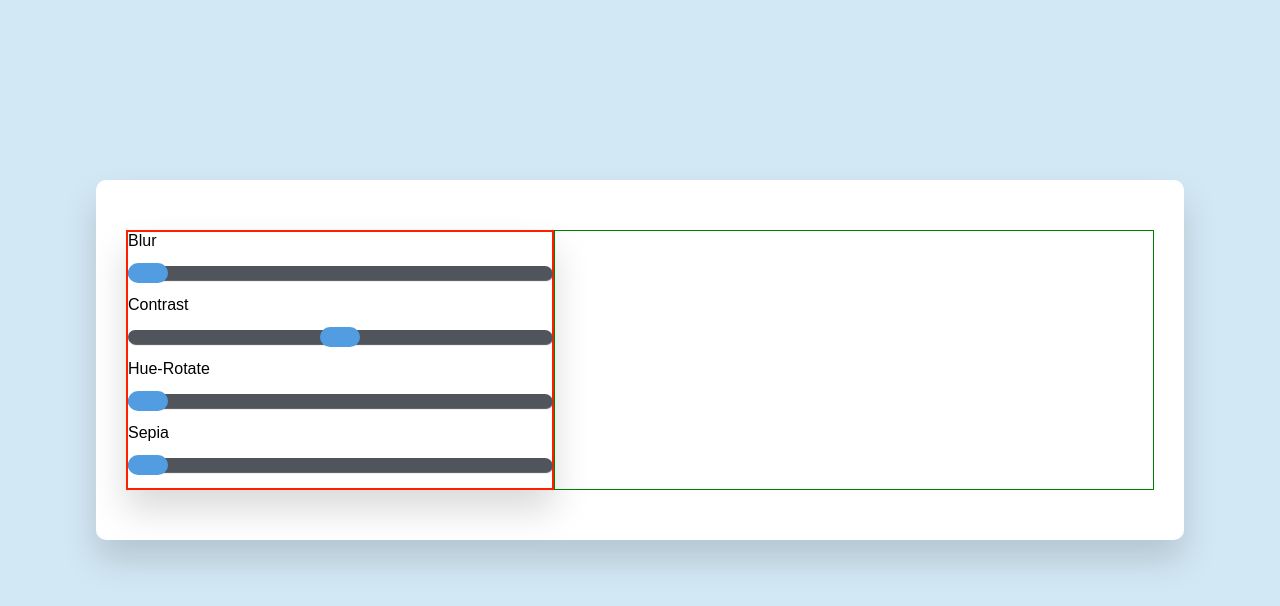
Repository: Larrowo/Challenges
Page: Photo filter/index.html
These files come from the project's save history. The page is drawn as it stood at one moment and after a run of saves; the edit follows.
The browser window is 1280 px wide. The pictures show the whole page.

Above is the page before, as saved 2022-04-01 12:30:35.

### Photo filter/index.html
<!DOCTYPE html>
<html lang="en">
<head>
    <meta charset="UTF-8">
    <meta http-equiv="X-UA-Compatible" content="IE=edge">
    <meta name="viewport" content="width=device-width, initial-scale=1.0">
    <link rel="stylesheet" href="style.css">
    <script src="script.js" defer></script>
    <title>Document</title>
</head>
<body>
    <div class="wrapper">
        <div class="editor">
            <div class="filter">
                <label for="blur">Blur</label>
                <input type="range" min="0" max="5" value="0" step="0.1" id="blur">
            </div>
            <div class="filter">
                <label for="contrast">Contrast</label>
                <input type="range" min="0" max="200" value="100"  id="Contrast">
            </div>
            <div class="filter">
                <label for="Hue-rotate">Hue-Rotate</label>
                <input type="range" min="0" max="360" value="0"  id="Hue-rotate">
            </div>
            <div class="filter">
                <label for="Sepia">Sepia</label>
                <input type="range" min="0" max="100" value="0"  id="Sepia">
            </div>

        </div>
        <div class="results">

        </div>
    </div>
</body>
</html>

### Photo filter/style.css
*{
    padding: 0;
    margin: 0;
    box-sizing: border-box;
    font-family: "Rubik",sans-serif;
}

body{
    background-color: #d3e8f5;
}

 .wrapper{
     width: 85vw;
     padding: 50px 30px;
     background-color: #ffffff;
     position: absolute;
     transform: translate(-50%,-50%);
     top: 50%;
     left: 50%;
     border-radius: 10px;
     box-shadow: 0 20px 35px rgba(0,0,0,0.15);
     display: grid;
     grid-template-columns: 5fr 7fr;
 }

 .editor{
     border: 2px solid rgb(255, 30, 0);
     box-shadow: 0 20px 35px rgba(0,0,0,0.15);
     min-height: 35vmin;
     display: flex;
     flex-direction: column;
 }

 .results{
     border: 1px solid green;
 }

 /*Todo lo que está debajo fue descaradamente robado*/

 input[type=range] {
    height: 26px;
    -webkit-appearance: none;
    margin: 10px 0;
    width: 100%;
  }
  input[type=range]:focus {
    outline: none;
  }
  input[type=range]::-webkit-slider-runnable-track {
    width: 100%;
    height: 14px;
    cursor: pointer;
    animate: 0.2s;
    box-shadow: 1px 1px 1px #50555C;
    background: #50555C;
    border-radius: 14px;
    border: 0px solid #000000;
  }
  input[type=range]::-webkit-slider-thumb {
    box-shadow: 0px 0px 0px #000000;
    border: 0px solid #000000;
    height: 20px;
    width: 40px;
    border-radius: 12px;
    background: #529DE1;
    cursor: pointer;
    -webkit-appearance: none;
    margin-top: -3px;
  }
  input[type=range]:focus::-webkit-slider-runnable-track {
    background: #50555C;
  }
  input[type=range]::-moz-range-track {
    width: 100%;
    height: 14px;
    cursor: pointer;
    animate: 0.2s;
    box-shadow: 1px 1px 1px #50555C;
    background: #50555C;
    border-radius: 14px;
    border: 0px solid #000000;
  }
  input[type=range]::-moz-range-thumb {
    box-shadow: 0px 0px 0px #000000;
    border: 0px solid #000000;
    height: 20px;
    width: 40px;
    border-radius: 12px;
    background: #529DE1;
    cursor: pointer;
  }
  input[type=range]::-ms-track {
    width: 100%;
    height: 14px;
    cursor: pointer;
    animate: 0.2s;
    background: transparent;
    border-color: transparent;
    color: transparent;
  }
  input[type=range]::-ms-fill-lower {
    background: #50555C;
    border: 0px solid #000000;
    border-radius: 28px;
    box-shadow: 1px 1px 1px #50555C;
  }
  input[type=range]::-ms-fill-upper {
    background: #50555C;
    border: 0px solid #000000;
    border-radius: 28px;
    box-shadow: 1px 1px 1px #50555C;
  }
  input[type=range]::-ms-thumb {
    margin-top: 1px;
    box-shadow: 0px 0px 0px #000000;
    border: 0px solid #000000;
    height: 20px;
    width: 40px;
    border-radius: 12px;
    background: #529DE1;
    cursor: pointer;
  }
  input[type=range]:focus::-ms-fill-lower {
    background: #50555C;
  }
  input[type=range]:focus::-ms-fill-upper {
    background: #50555C;
  }

Loaded but not shown: Photo filter/script.js (no copy from this time; the picture is the same without it)

After the next 2 saves:
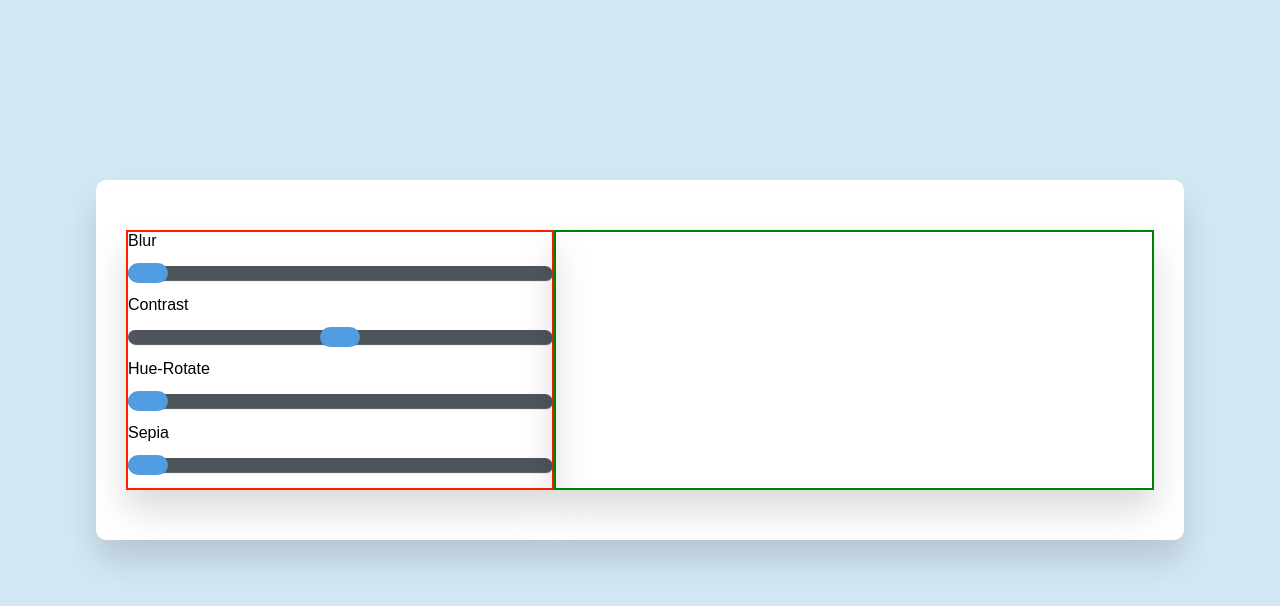
The 2 saves are shown as one change because they came seconds apart.
The last was saved 11 s later.
--- a/Photo filter/style.css
+++ b/Photo filter/style.css
@@ -32,7 +32,8 @@ body{
  }
 
  .results{
-     border: 1px solid green;
+     border: 2px solid green;
+     box-shadow: 0 20px 35px rgba(0,0,0,0.15);
  }
 
  /*Todo lo que está debajo fue descaradamente robado*/
